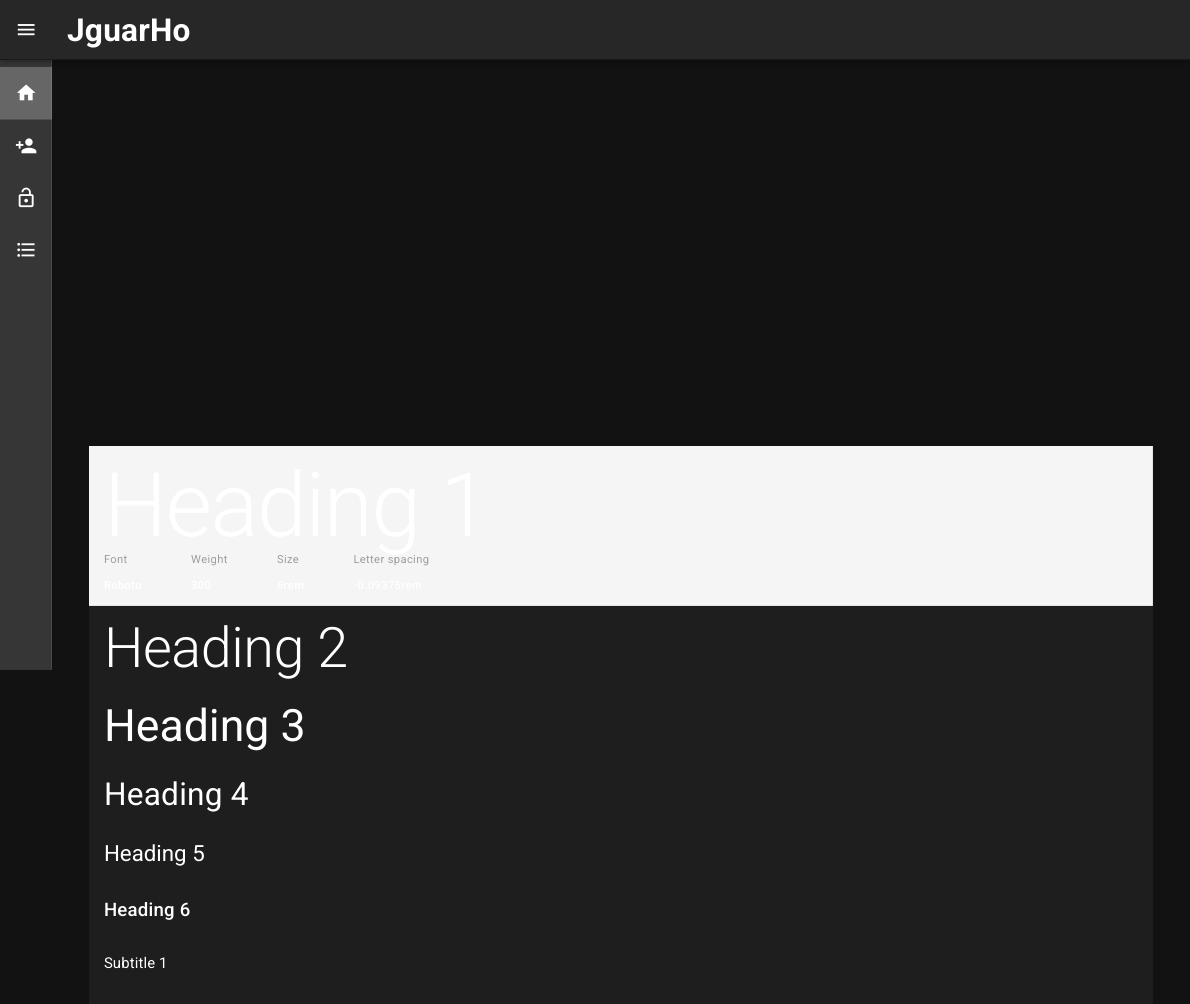
Repository: agent501/MRMS
Page: /
The author's editor kept a copy of each file at every save. The page is drawn from the files as they stood at one save, then again after the next save.
The browser window is 1280 px wide. The pictures show the whole page, at 93% of full size.
The page's requests for data from a server got no answer. An inner scrolling area shows only its first screen. The project was rebuilt for these pictures with package versions that can differ from the ones it lists, and the page was loaded fresh each time. No one was signed in, and anything a server would have sent is missing. Also part of the build but not shown: vue.config.js, src/components/Product/products.vue, src/components/Product/product.vue, src/components/Product/createproduct.vue, src/components/User/signin.vue, src/components/User/signup.vue, src/components/User/profile.vue, src/components/Shared/Alert.vue and 2 more. Imported but missing from the stored project, and not drawn on this page: src/router/auth-guard.js.

Above is the page before, as saved 2020-07-29 16:48:39.

After the next save:
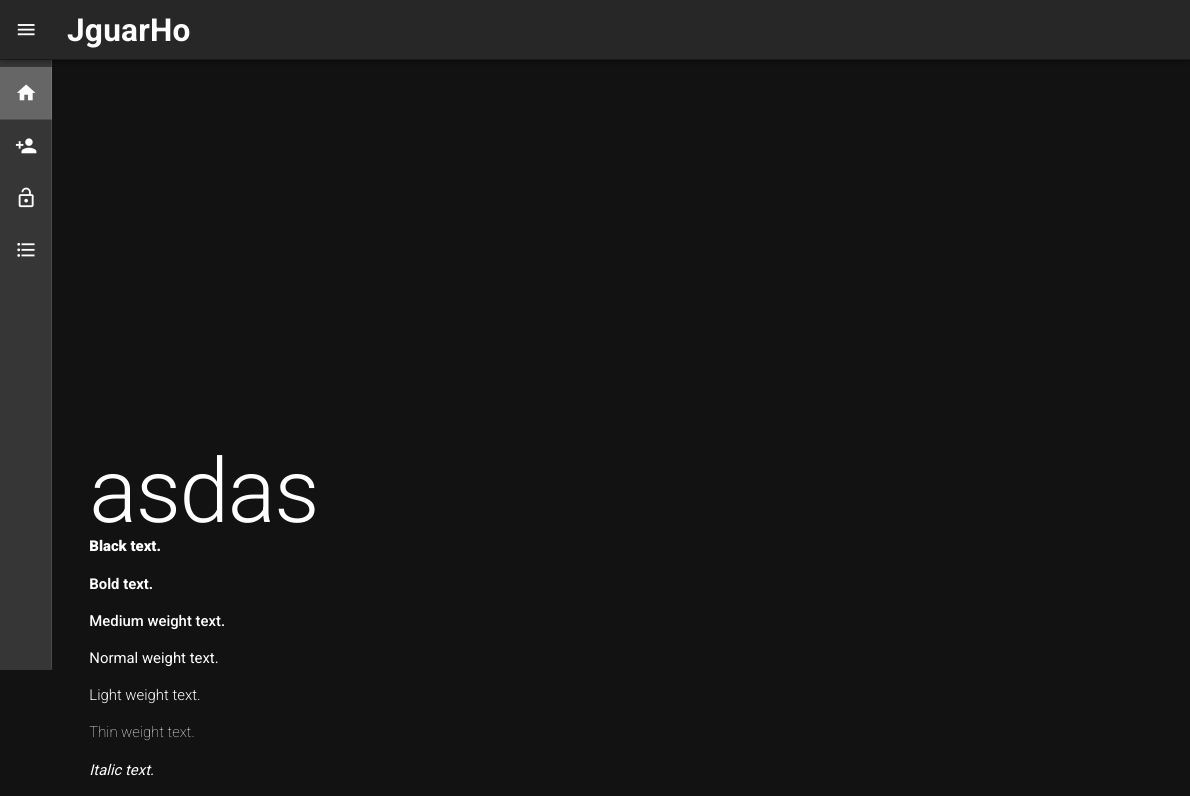
Saved 90 s later.
--- a/src/components/Home.vue
+++ b/src/components/Home.vue
@@ -33,90 +33,45 @@
       </v-carousel-item>
     </v-carousel>
 
-    <v-item-group mandatory>
-      <v-sheet class="overflow-y-auto" max-height="600" tile>
-        <v-item
-          v-for="[
-          c,
-          text,
-          size,
-          weight,
-          spacing,
-          margin
-        ] in classes"
-          :key="c"
-        >
-          <template v-slot="{ active, toggle }">
-            <v-sheet
-              :color="active ? 'grey lighten-4' : undefined"
-              class="px-4 pt-4 pb-3"
-              tile
-              style="cursor: pointer;"
-              @click="toggle"
-            >
-              <div
-                :class="[`text-${c}`, active && `mb-${margin}`]"
-                class="transition-swing"
-                v-text="text"
-              ></div>
-
-              <v-expand-transition>
-                <v-responsive v-if="active" max-width="350">
-                  <div class="d-flex justify-space-between caption">
-                    <div>
-                      <div class="grey--text mb-2">Font</div>
-
-                      <div class="font-weight-medium">Roboto</div>
-                    </div>
-
-                    <div>
-                      <div class="grey--text mb-2">Weight</div>
-
-                      <div class="font-weight-medium" v-text="weight"></div>
-                    </div>
-
-                    <div>
-                      <div class="grey--text mb-2">Size</div>
-
-                      <div class="font-weight-medium" v-text="size"></div>
-                    </div>
-
-                    <div>
-                      <div class="grey--text text-darken-1 mb-2">Letter spacing</div>
-
-                      <div class="font-weight-medium" v-text="spacing"></div>
-                    </div>
-                  </div>
-                </v-responsive>
-              </v-expand-transition>
-            </v-sheet>
-          </template>
-        </v-item>
-      </v-sheet>
-    </v-item-group>
+    <div>
+      <div class="text-lg-h1">asdas</div>
+      <p class="font-weight-black">Black text.</p>
+      <p class="font-weight-bold">Bold text.</p>
+      <p class="font-weight-medium">Medium weight text.</p>
+      <p class="font-weight-regular">Normal weight text.</p>
+      <p class="font-weight-light">Light weight text.</p>
+      <p class="font-weight-thin">Thin weight text.</p>
+      <p class="font-italic">Italic text.</p>
+    </div>
   </div>
 </template>
 
 <script>
 export default {
-  data: () => ({
-    model: null,
-    classes: [
-      ['h1', 'Heading 1', '6rem', '300', '-0.09375rem', -1],
-      ['h2', 'Heading 2', '3.75rem', '300', '-0.03125rem', 0],
-      ['h3', 'Heading 3', '3rem', '400', 'normal', 1],
-      ['h4', 'Heading 4', '2.125rem', '400', '0.015625rem', 2],
-      ['h5', 'Heading 5', '1.5rem', '400', 'normal', 2],
-      ['h6', 'Heading 6', '1.25rem', '500', '0.009375rem', 3],
-      ['subtitle-1', 'Subtitle 1', '1rem', '400', '0.009375rem', 4],
-      ['subtitle-2', 'Subtitle 2', '0.875rem', '500', '0.00625rem', 4],
-      ['body-1', 'Body 1', '1rem', '400', '0.03125rem', 4],
-      ['body-2', 'Body 2', '0.875rem', '400', '0.015625rem', 4],
-      ['button', 'Button', '0.875rem', '500', '0.078125rem', 4],
-      ['caption', 'Caption', '0.75rem', '400', '0.025rem', 4],
-      ['overline', 'Overline', '0.75rem', '500', '0.1666666667em', 4],
-    ],
-  }),
+  // data: () => ({
+  //   images: [
+  //     {
+  //       src: 'https://cdn.vuetifyjs.com/images/carousel/squirrel.jpg',
+  //       title: 'image1asdasdasdsadasdasdsadasdasd',
+  //       id: 'asdad123'
+  //     },
+  //     {
+  //       src: 'https://cdn.vuetifyjs.com/images/carousel/sky.jpg',
+  //       title: 'image2',
+  //       id: 'asdasd1223'
+  //     },
+  //     {
+  //       src: 'https://cdn.vuetifyjs.com/images/carousel/bird.jpg',
+  //       title: 'image3',
+  //       id: 'asdad13223'
+  //     },
+  //     {
+  //       src: 'https://cdn.vuetifyjs.com/images/carousel/planet.jpg',
+  //       title: 'image4',
+  //       id: 'asdaasd1123'
+  //     }
+  //   ]
+  // }),
   computed: {
     products() {
       return this.$store.getters.featuredProducts;
